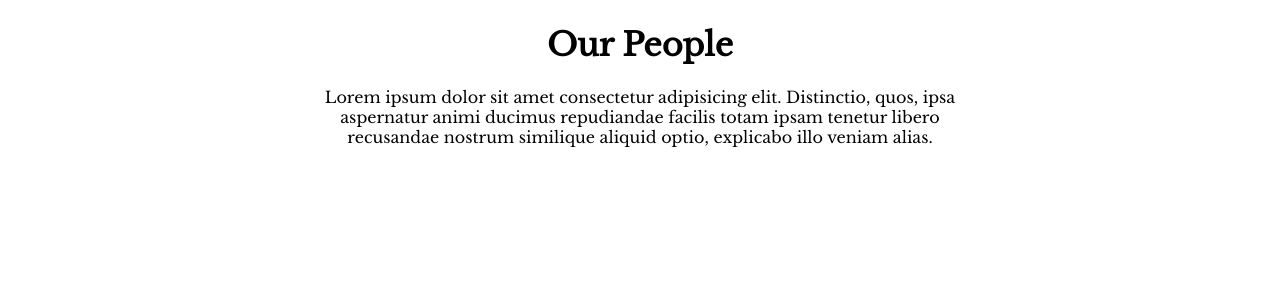
Repository: Tsardines/app
Page: / (app in my-app/)
An editor plug-in stored every save of this project. The page is shown before and after the next save, followed by the edit.
The browser window is 1280 px wide. The pictures show the whole page.
The page's requests for data from a server got no answer. The project was rebuilt for these pictures with package versions that can differ from the ones it lists, and the page was loaded fresh each time. No one was signed in, and anything a server would have sent is missing.

Above is the page before, as saved 2018-11-14 17:45:17.

After the next save:
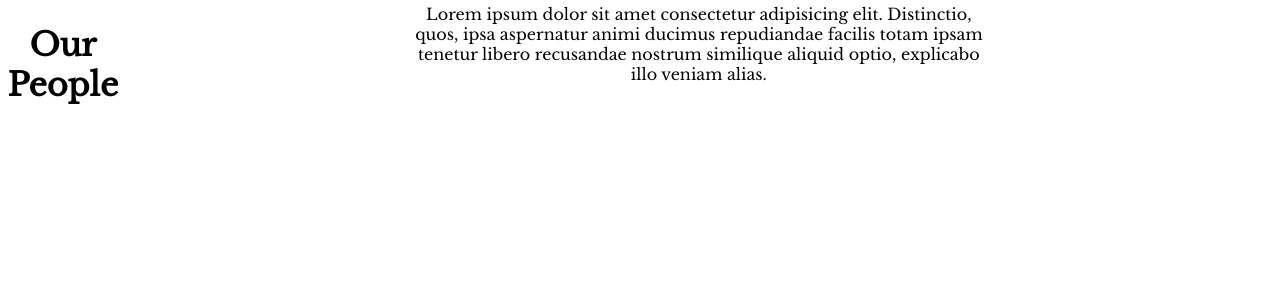
Saved 15 s later.
--- a/my-app/src/App.css
+++ b/my-app/src/App.css
@@ -1,6 +1,6 @@
 .App {
-  /* display: flex;
-  flex-direction: column; */
+  display: flex;
+
   padding: 0.25em;
   text-align: center;
 }

After the 3 saves that followed:
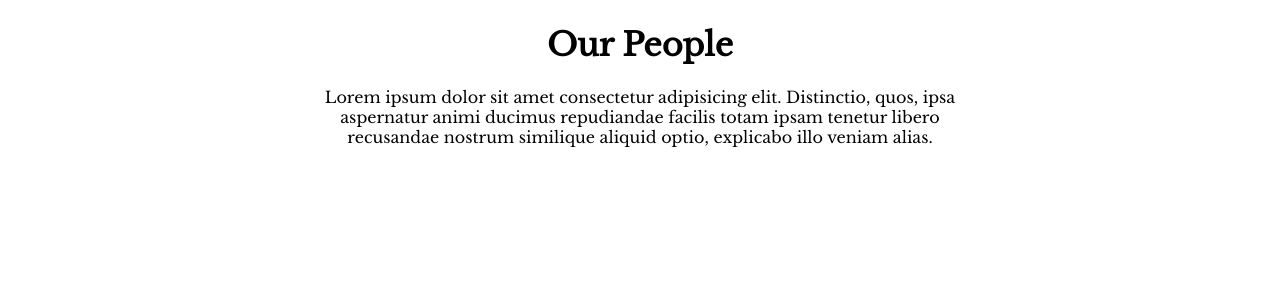
The 3 saves are shown as one change because 1 left the picture as it was and some came seconds apart.
The last was saved 22 s later.
--- a/my-app/src/App.css
+++ b/my-app/src/App.css
@@ -1,6 +1,6 @@
 .App {
   display: flex;
-
+  flex-direction: column;
   padding: 0.25em;
   text-align: center;
 }
